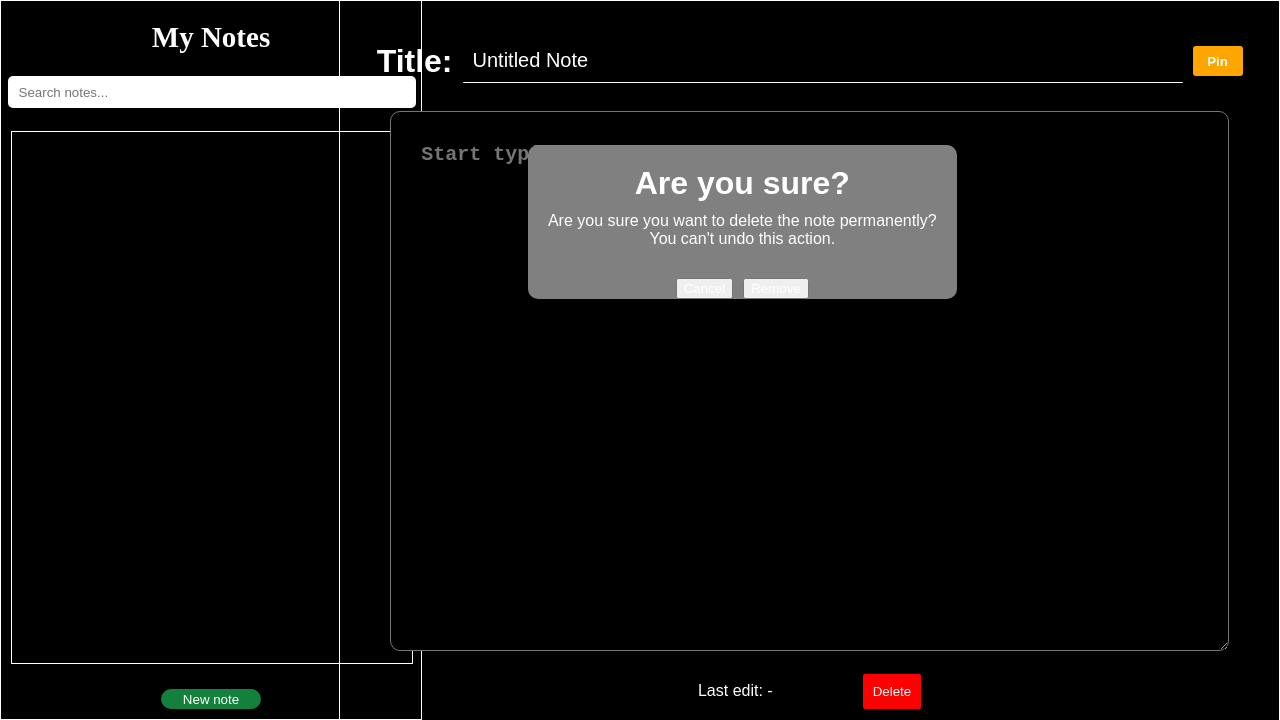
Repository: dmpelaez/myNotes
Page: QuickNotes.html
An editor plug-in stored every save of this project. The page is shown before and after the next save, followed by the edit.
The browser window is 1280 px wide. The pictures show the whole page.

Above is the page before, as saved 2025-12-18 22:03:09.

After the next save:
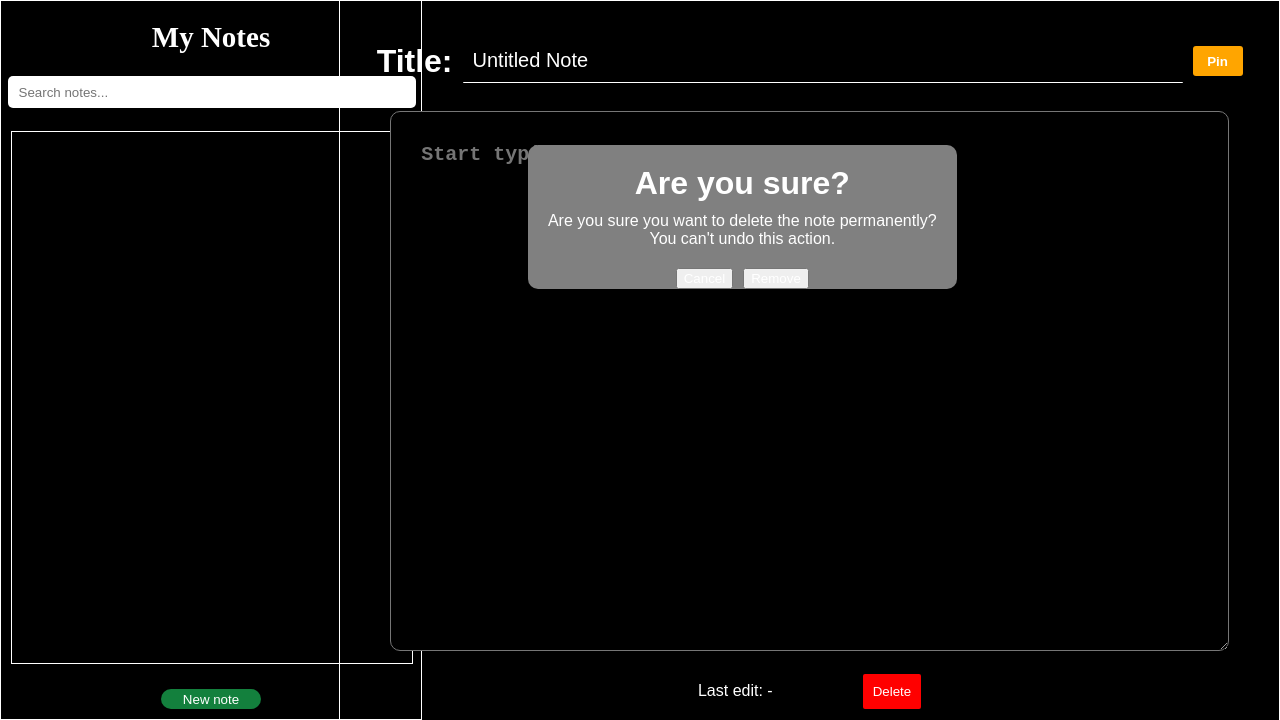
Saved 30 s later.
--- a/QuickNotes.css
+++ b/QuickNotes.css
@@ -170,7 +170,7 @@ body {
   flex-direction: column;
   align-items: center;
   justify-content: center;
-  gap: 10px;
+
 }
 .modal-delete {
   padding: 20px;
